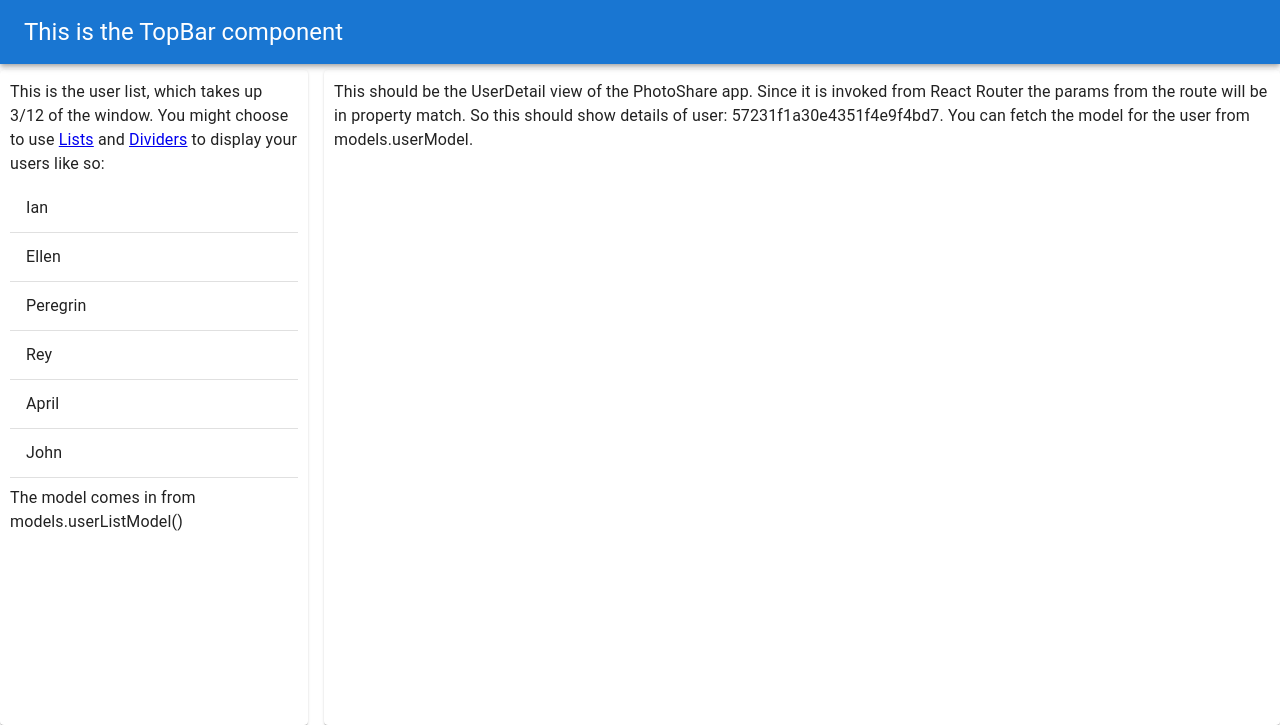
Repository: Trung0810/photo-sharing-v1
Page: /users/57231f1a30e4351f4e9f4bd7
The author's editor kept a copy of each file at every save. The page is drawn from the files as they stood at one save, then again after a run of saves.
The browser window is 1280 px wide. The pictures show the whole page.
The project was rebuilt for these pictures with package versions that can differ from the ones it lists, and the page was loaded fresh each time. Also part of the build but not shown: src/modelData/models.js, src/components/UserPhotos/index.jsx.

Above is the page before, as saved 2026-04-04 13:53:15.

### src/App.js
import "./App.css";

import React from "react";
import { Grid, Typography, Paper } from "@mui/material";
import { BrowserRouter as Router, Route, Routes, Link } from "react-router-dom";

import TopBar from "./components/TopBar";
import UserDetail from "./components/UserDetail";
import UserList from "./components/UserList";
import UserPhotos from "./components/UserPhotos";

const App = (props) => {
  return (
    <Router>
      <div>
        <Grid container spacing={2}>
          <Grid item xs={12}>
            <TopBar />
          </Grid>
          <div className="main-topbar-buffer" />
          <Grid item sm={3}>
            <Paper className="main-grid-item">
              <UserList />
            </Paper>
          </Grid>
          <Grid item sm={9}>
            <Paper className="main-grid-item">
              <Routes>
                <Route path="/users/:userId" element={<UserDetail />} />
                <Route path="/photos/:userId" element={<UserPhotos />} />
                <Route path="/users" element={<UserList />} />
              </Routes>
            </Paper>
          </Grid>
        </Grid>
      </div>
    </Router>
  );
};

export default App;

### src/App.css
.main-topbar-buffer {
  margin-top: 70px;
}

.main-grid-item {
  height: calc(100vh - 85px);
  padding: 10px;
}

### src/components/TopBar/index.jsx
import React from "react";
import { AppBar, Toolbar, Typography } from "@mui/material";

import "./styles.css";

/**
 * Define TopBar, a React component of Project 4.
 */
function TopBar () {
    return (
      <AppBar className="topbar-appBar" position="absolute">
        <Toolbar>
          <Typography variant="h5" color="inherit">
            This is the TopBar component
          </Typography>
        </Toolbar>
      </AppBar>
    );
}

export default TopBar;

### src/components/UserDetail/index.jsx
import React from "react";
import {Typography} from "@mui/material";

import "./styles.css";
import {useParams} from "react-router-dom";

/**
 * Define UserDetail, a React component of Project 4.
 */
function UserDetail() {
    const user = useParams();
    return (
        <>
          <Typography variant="body1">
            This should be the UserDetail view of the PhotoShare app. Since it is
            invoked from React Router the params from the route will be in property match.
            So this should show details of user: {user.userId}.
            You can fetch the model for the user from models.userModel.
          </Typography>
        </>
    );
}

export default UserDetail;

### src/components/UserList/index.jsx
import React from "react";
import {
  Divider,
  List,
  ListItem,
  ListItemText,
  Typography,
} from "@mui/material";

import "./styles.css";
import models from "../../modelData/models";

/**
 * Define UserList, a React component of Project 4.
 */
function UserList() {
  const users = models.userListModel();
  return (
    <div>
      <Typography variant="body1">
        This is the user list, which takes up 3/12 of the window. You might
        choose to use <a href="https://mui.com/components/lists/">Lists</a> and{" "}
        <a href="https://mui.com/components/dividers/">Dividers</a> to display
        your users like so:
      </Typography>
      <List component="nav">
        {users.map((item) => (
          <>
            <ListItem>
              <ListItemText primary={item.first_name} />
            </ListItem>
            <Divider />
          </>
        ))}
      </List>
      <Typography variant="body1">
        The model comes in from models.userListModel()
      </Typography>
    </div>
  );
}

export default UserList;

### src/components/TopBar/styles.css
.topbar-appBar {
  height: 60;
  justify-content: "center";
}

Loaded but not shown: public/index.html (common file); src/index.js (common file); src/index.css (common file); src/reportWebVitals.js (common file); src/components/UserDetail/styles.css (no stored copy; drawn as an empty file); src/components/UserList/styles.css (no stored copy; drawn as an empty file); src/components/UserPhotos/styles.css (no stored copy; drawn as an empty file)

After the next 2 saves:
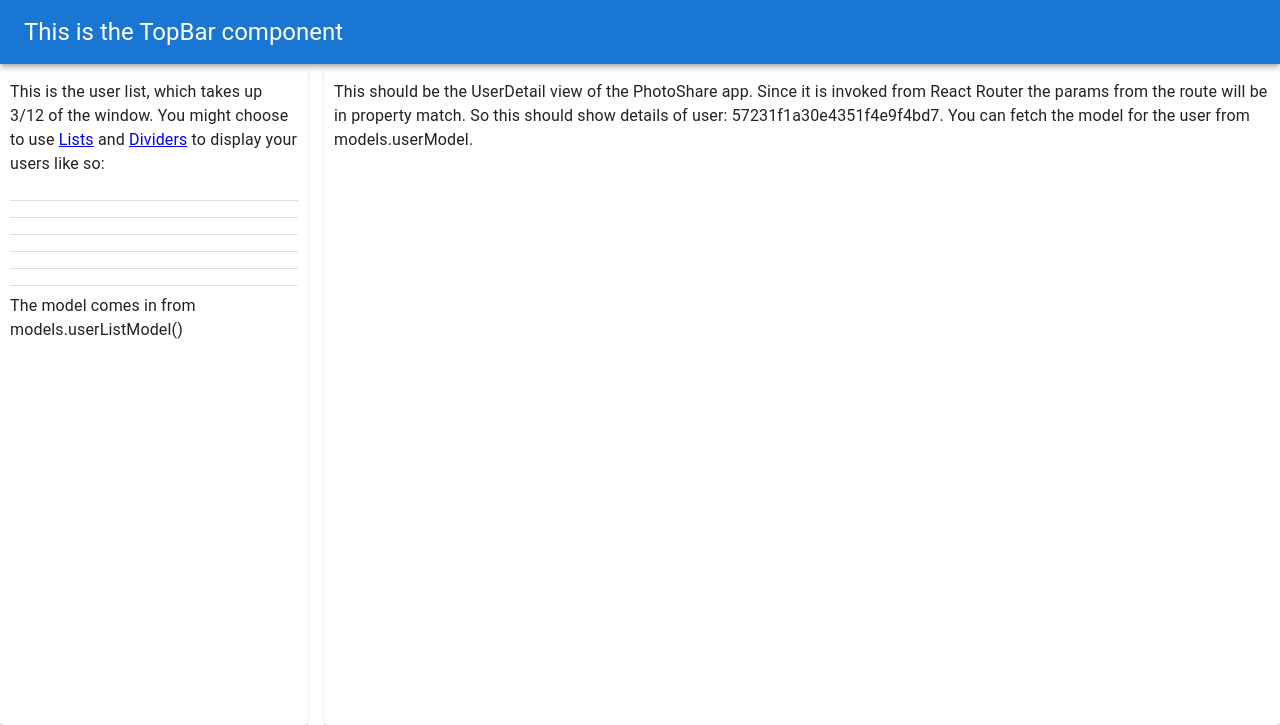
The 2 saves are shown as one change because 1 did not build or start.
The last was saved 4 min 27 s later.
--- a/src/components/UserList/index.jsx
+++ b/src/components/UserList/index.jsx
@@ -9,6 +9,7 @@ import {
 
 import "./styles.css";
 import models from "../../modelData/models";
+import { Link } from "react-router-dom";
 
 /**
  * Define UserList, a React component of Project 4.
@@ -27,7 +28,7 @@ function UserList() {
         {users.map((item) => (
           <>
             <ListItem>
-              <ListItemText primary={item.first_name} />
+              <Link to={`/users/:${item.id}`}></Link>
             </ListItem>
             <Divider />
           </>
